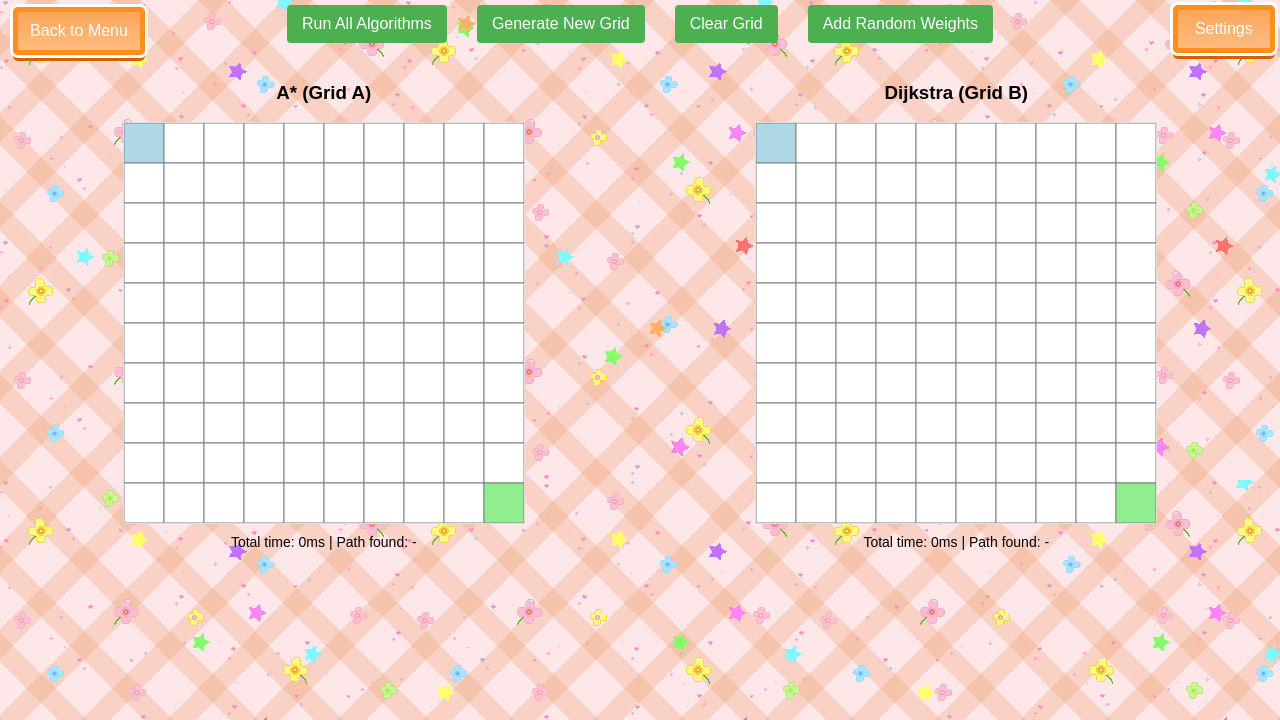
Repository: ramosfranz/Hamster-Crossing
Page: game.html
These files come from the project's save history. The page is drawn as it stood at one moment and after the next save; the edit follows.
The browser window is 1280 px wide. The pictures show the whole page.
Some web fonts or font styles are not loaded; a fallback is used.

Above is the page before, as saved 2025-05-05 13:57:37.

After the next save:
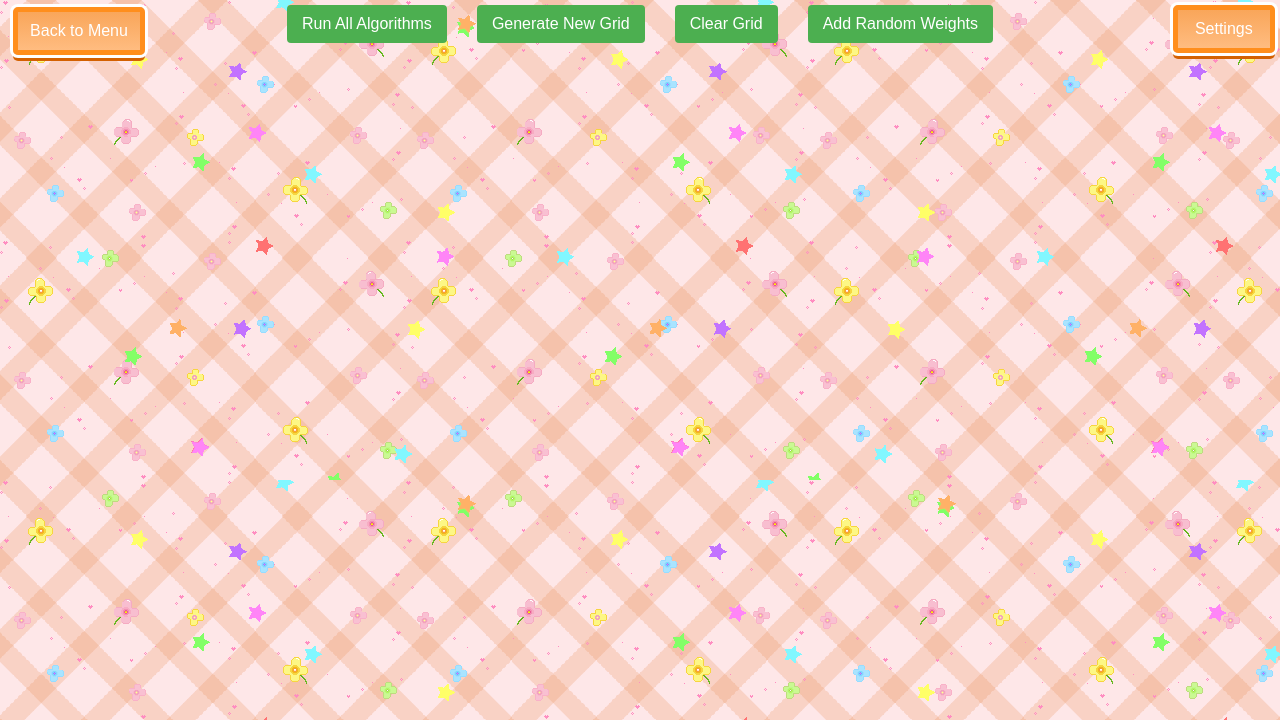
Console error: SyntaxError: Identifier 'drawGrid' has already been declared
Saved 17 min 57 s later.
--- a/js/gridManager.js
+++ b/js/gridManager.js
@@ -85,3 +85,74 @@ export function addRandomWeights() {
     }
     drawGrid();
 }
+
+export function drawGrid() {
+    const spriteWidth = 40;
+    const spriteHeight = 40;
+    const cellSize = Math.min(canvas.width / cols, canvas.height / rows);
+    const grid = getGrid();
+
+    // Clear all canvases
+    for (const ctxKey in ctx) {
+        ctx[ctxKey].clearRect(0, 0, canvas.width, canvas.height);
+    }
+
+    grid.forEach((row, y) => {
+        row.forEach((cell, x) => {
+            let sx, sy;
+
+            if (cell.wall) {
+                // Wall tile mapping (columns 3-5 in sprite sheet)
+                const isLeftEdge = x === 0;
+                const isRightEdge = x === cols - 1;
+                const isTopEdge = y === 0;
+                const isBottomEdge = y === rows - 1;
+
+                // Rock edges (first and last columns, top/bottom rows)
+                if (isLeftEdge || isRightEdge || isTopEdge || isBottomEdge) {
+                    if (isTopEdge) {
+                        sx = 3 * spriteWidth;  // Rock top edge
+                        sy = 0;
+                    } else if (isBottomEdge) {
+                        sx = 3 * spriteWidth;  // Rock bottom edge
+                        sy = 2 * spriteHeight;
+                    } else if (isLeftEdge) {
+                        sx = 3 * spriteWidth;  // Rock left edge
+                        sy = 1 * spriteHeight;
+                    } else if (isRightEdge) {
+                        sx = 5 * spriteWidth;  // Rock right edge
+                        sy = 1 * spriteHeight;
+                    }
+                } else {
+                    // Inner walls - alternate between soil hole and flower
+                    const isEven = (x + y) % 2 === 0;
+                    sx = isEven ? 4 * spriteWidth : 5 * spriteWidth;
+                    sy = 1 * spriteHeight;  // Middle row of sprite sheet
+                }
+            } else {
+                // Ground tiles (columns 0-2 in sprite sheet)
+                if (x === start.x && y === start.y) {
+                    sx = 0;  // Start position
+                    sy = 0;
+                } else if (x === goal.x && y === goal.y) {
+                    sx = 2 * spriteWidth;  // Goal position
+                    sy = 2 * spriteHeight;
+                } else {
+                    // Basic grass pattern with variations
+                    const variant = (x % 3) + (y % 3);
+                    sx = (variant % 3) * spriteWidth;
+                    sy = Math.floor(variant / 3) * spriteHeight;
+                }
+            }
+
+            // Draw on all registered canvases
+            for (const ctxKey in ctx) {
+                ctx[ctxKey].drawImage(
+                    spriteSheet,
+                    sx, sy, spriteWidth, spriteHeight,
+                    x * cellSize, y * cellSize, cellSize, cellSize
+                );
+            }
+        });
+    });
+}

After the save that followed:
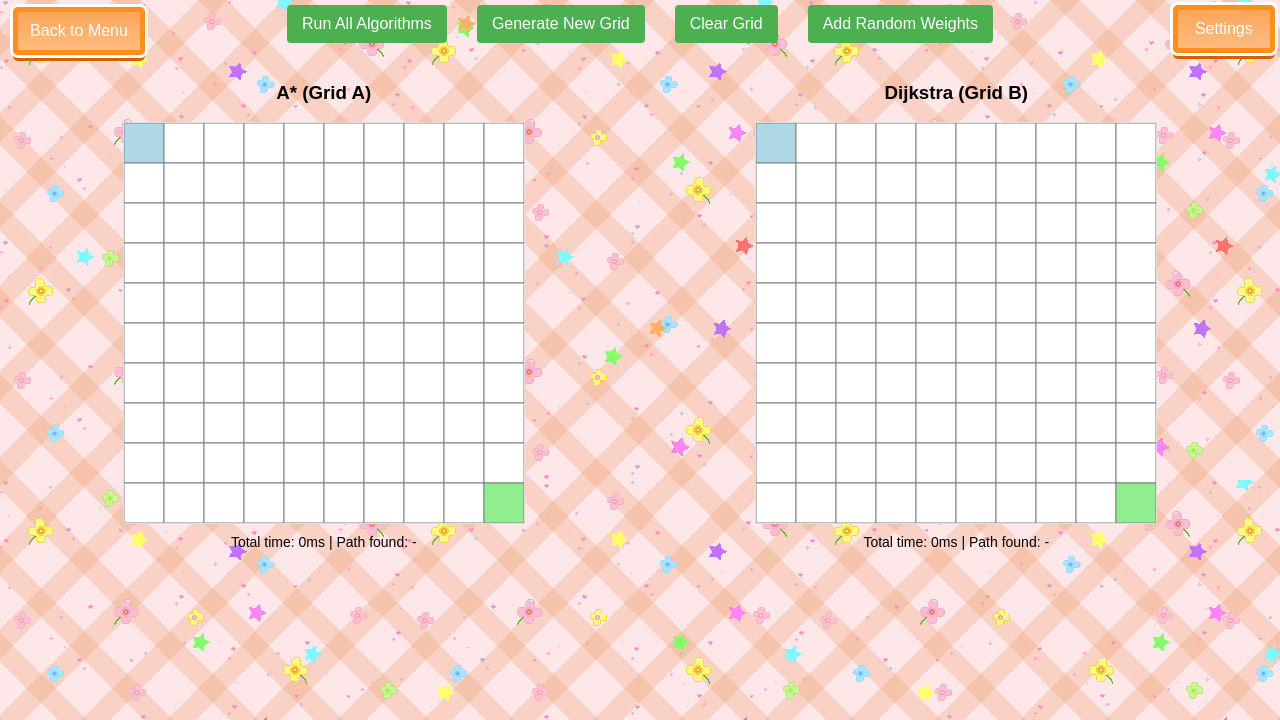
The error is gone.
Saved 39 s later.
--- a/js/gridManager.js
+++ b/js/gridManager.js
@@ -85,74 +85,3 @@ export function addRandomWeights() {
     }
     drawGrid();
 }
-
-export function drawGrid() {
-    const spriteWidth = 40;
-    const spriteHeight = 40;
-    const cellSize = Math.min(canvas.width / cols, canvas.height / rows);
-    const grid = getGrid();
-
-    // Clear all canvases
-    for (const ctxKey in ctx) {
-        ctx[ctxKey].clearRect(0, 0, canvas.width, canvas.height);
-    }
-
-    grid.forEach((row, y) => {
-        row.forEach((cell, x) => {
-            let sx, sy;
-
-            if (cell.wall) {
-                // Wall tile mapping (columns 3-5 in sprite sheet)
-                const isLeftEdge = x === 0;
-                const isRightEdge = x === cols - 1;
-                const isTopEdge = y === 0;
-                const isBottomEdge = y === rows - 1;
-
-                // Rock edges (first and last columns, top/bottom rows)
-                if (isLeftEdge || isRightEdge || isTopEdge || isBottomEdge) {
-                    if (isTopEdge) {
-                        sx = 3 * spriteWidth;  // Rock top edge
-                        sy = 0;
-                    } else if (isBottomEdge) {
-                        sx = 3 * spriteWidth;  // Rock bottom edge
-                        sy = 2 * spriteHeight;
-                    } else if (isLeftEdge) {
-                        sx = 3 * spriteWidth;  // Rock left edge
-                        sy = 1 * spriteHeight;
-                    } else if (isRightEdge) {
-                        sx = 5 * spriteWidth;  // Rock right edge
-                        sy = 1 * spriteHeight;
-                    }
-                } else {
-                    // Inner walls - alternate between soil hole and flower
-                    const isEven = (x + y) % 2 === 0;
-                    sx = isEven ? 4 * spriteWidth : 5 * spriteWidth;
-                    sy = 1 * spriteHeight;  // Middle row of sprite sheet
-                }
-            } else {
-                // Ground tiles (columns 0-2 in sprite sheet)
-                if (x === start.x && y === start.y) {
-                    sx = 0;  // Start position
-                    sy = 0;
-                } else if (x === goal.x && y === goal.y) {
-                    sx = 2 * spriteWidth;  // Goal position
-                    sy = 2 * spriteHeight;
-                } else {
-                    // Basic grass pattern with variations
-                    const variant = (x % 3) + (y % 3);
-                    sx = (variant % 3) * spriteWidth;
-                    sy = Math.floor(variant / 3) * spriteHeight;
-                }
-            }
-
-            // Draw on all registered canvases
-            for (const ctxKey in ctx) {
-                ctx[ctxKey].drawImage(
-                    spriteSheet,
-                    sx, sy, spriteWidth, spriteHeight,
-                    x * cellSize, y * cellSize, cellSize, cellSize
-                );
-            }
-        });
-    });
-}
